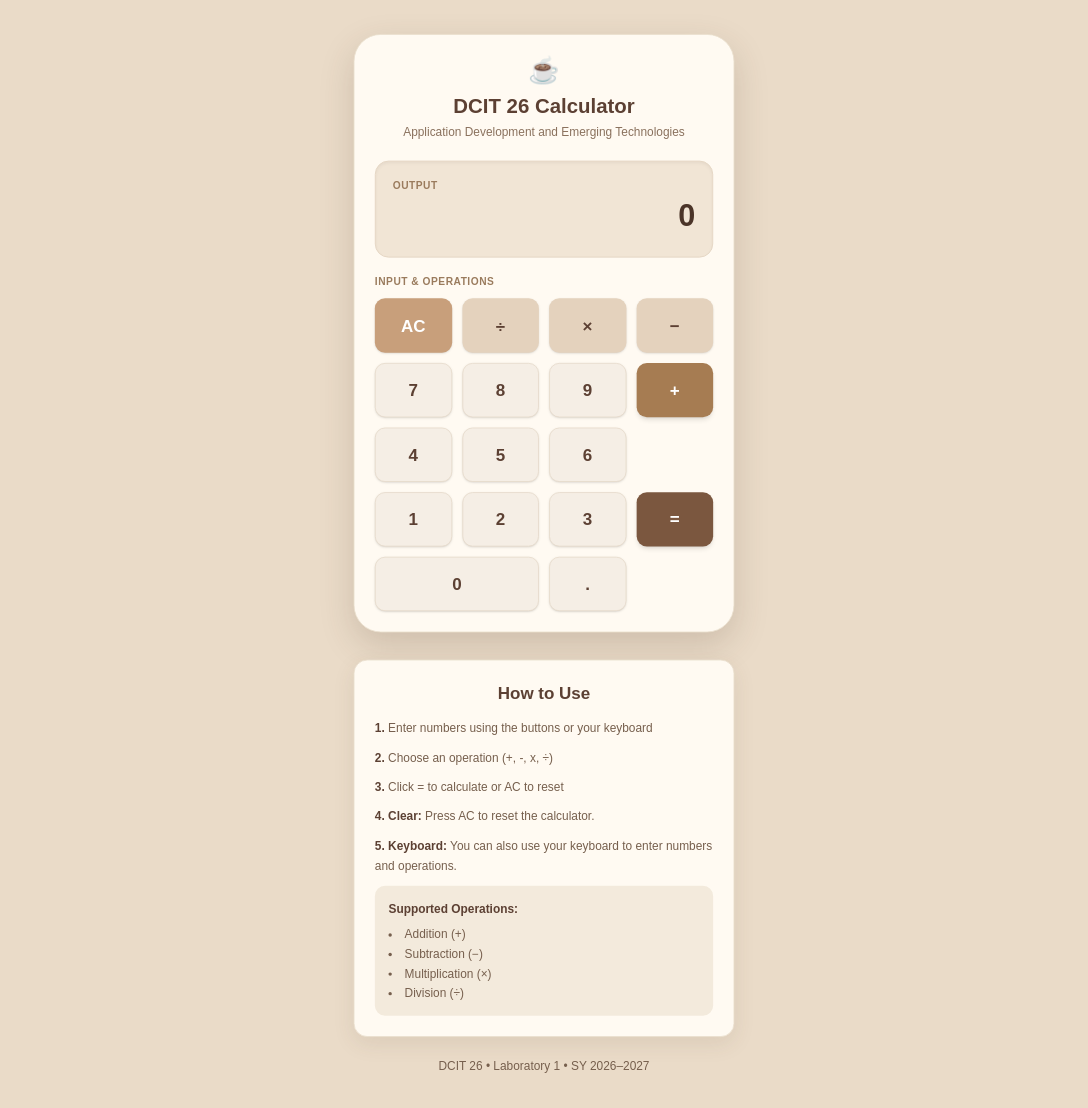
Repository: JulyoGit/first
Page: /
These files come from the project's save history. The page is drawn as it stood at one moment and after the next save; the edit follows.
The browser window is 1280 px wide. The pictures show the whole page, at 85% of full size.
The project was rebuilt for these pictures with package versions that can differ from the ones it lists, and the page was loaded fresh each time. Also part of the build but not shown: vite.config.js.

Above is the page before, as saved 2026-09-27 15:34:07.

After the next save:
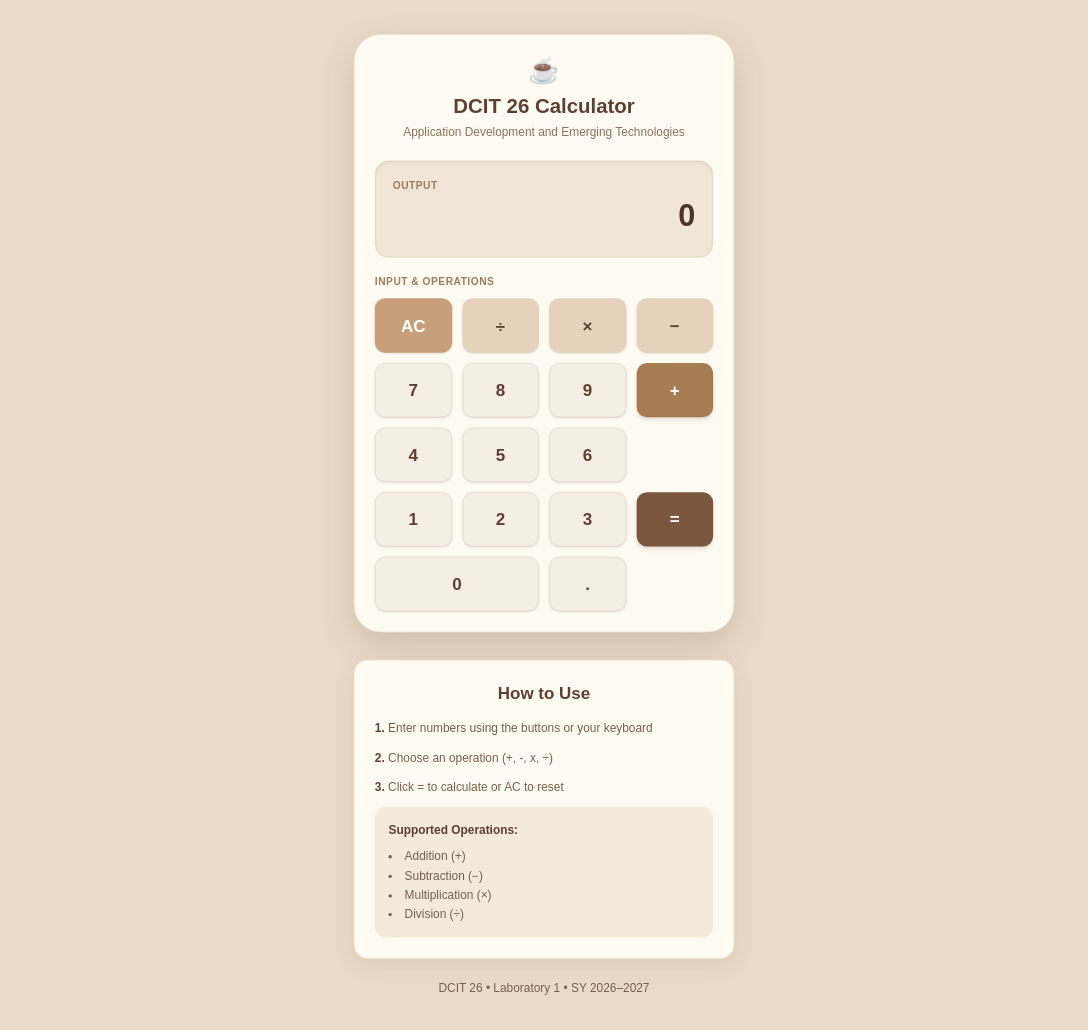
Saved 2 min 1 s later.
--- a/src/App.jsx
+++ b/src/App.jsx
@@ -33,16 +33,6 @@ function UserGuide() {
         <p>
           <strong className="text-[#5c4033]">3. </strong>{" "}
           Click = to calculate or AC to reset
-        </p>
-
-        <p>
-          <strong className="text-[#5c4033]">4. Clear:</strong>{" "}
-          Press AC to reset the calculator.
-        </p>
-
-        <p>
-          <strong className="text-[#5c4033]">5. Keyboard:</strong>{" "}
-          You can also use your keyboard to enter numbers and operations.
         </p>
 
         <div className="rounded-xl bg-[#f3eadc] p-4">
